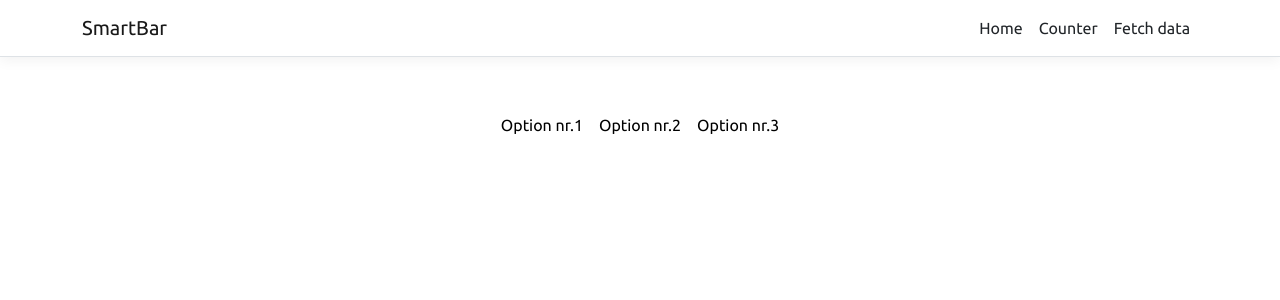
Repository: dropauteriai/SmartBarFrontEnd
Page: /
These files come from the project's save history. The page is drawn as it stood at one moment and after the next save; the edit follows.
The browser window is 1280 px wide. The pictures show the whole page.
The page's requests for data from a server got no answer. The project was rebuilt for these pictures with package versions that can differ from the ones it lists, and the page was loaded fresh each time. No one was signed in, and anything a server would have sent is missing. Also part of the build but not shown: src/components/Counter.js, src/components/FetchData.js, src/components/Card.js, src/components/SideBar.js.

Above is the page before, as saved 2023-02-14 05:48:18.

After the next save:
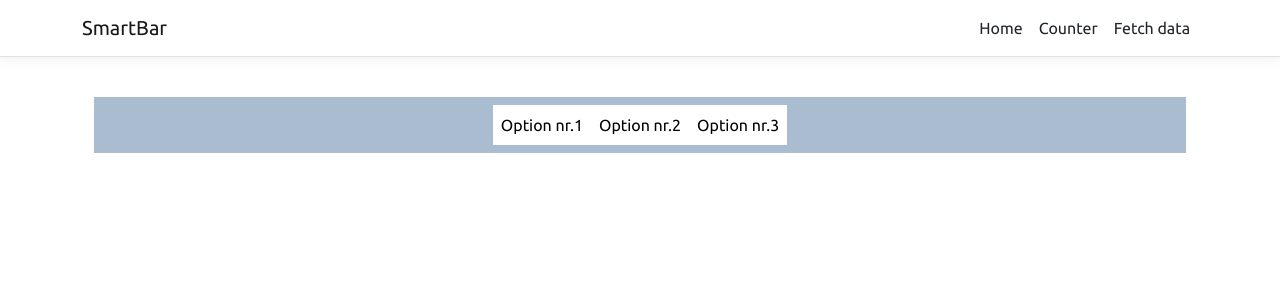
Saved 12 s later.
--- a/src/components/Popup.js
+++ b/src/components/Popup.js
@@ -2,7 +2,7 @@ import React from 'react';
 
 export default function Popup () {
     return (
-        <div className="d-flex p-2 align-items-center justify-content-center">
+        <div className="d-flex p-2 align-items-center justify-content-center bg-primary">
             <button className="p-2 border-0 align-items-center justify-content-center bg-white">Option nr.1</button>
             <button className="p-2 border-0 align-items-center justify-content-center bg-white">Option nr.2</button>
             <button className="p-2 border-0 align-items-center justify-content-center bg-white">Option nr.3</button>
